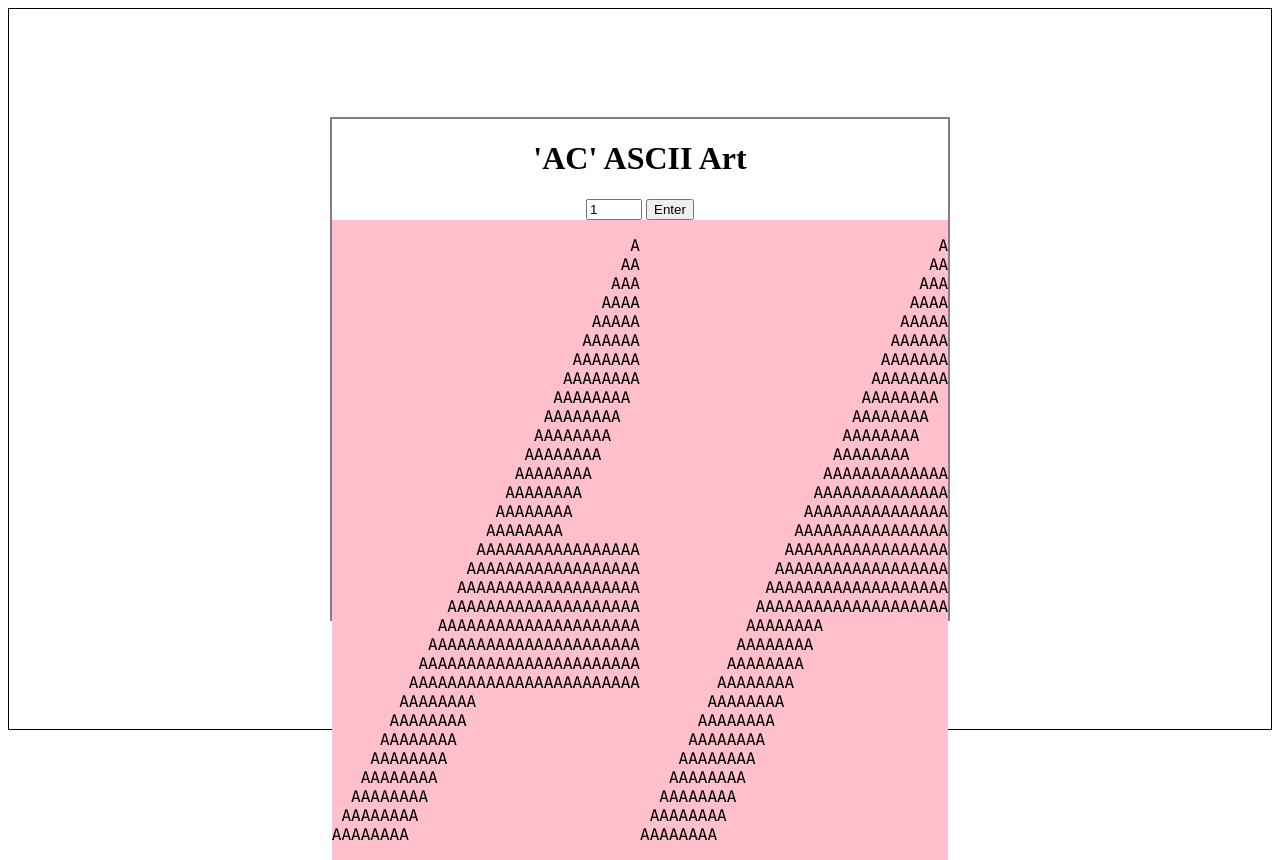
Repository: Achorn/ascii-art
Page: index.html
An editor plug-in stored every save of this project. The page is shown before and after the next save, followed by the edit.
The browser window is 1280 px wide. The pictures show the whole page.

Above is the page before, as saved 2021-08-09 18:27:01.

### index.html
<!DOCTYPE html>
<html lang="en">
  <head>
    <link rel="stylesheet" href="styles.css" />
    <meta charset="UTF-8" />
    <meta http-equiv="X-UA-Compatible" content="IE=edge" />
    <meta name="viewport" content="width=device-width, initial-scale=1.0" />
    <title>Document</title>
  </head>
  <body>
    <form>
      <h1>'AC' ASCII Art</h1>
      <input type="number" min="1" value="1" max="10" />
      <button>Enter</button>
      <div id="ascii-container">
        <div id="a-container">
          <p id="mono-a" style="font-family: 'Lucida Console', monospace"></p>
        </div>
        <div id="c-container">
          <p id="mono-c" style="font-family: 'Lucida Console', monospace"></p>
        </div>
      </div>
    </form>
    <script type="text/javascript" src="myscripts.js"></script>
  </body>
</html>

### styles.css
body {
  border: 1px solid black;
  display: flex;
  flex-direction: column;
  justify-content: center;
  align-items: center;
  height: 100vh;
}

form {
  border: 2px solid grey;
  height: 500px;
  /* width: 400px; */
  text-align: center;
}

#ascii-container {
  display: flex;
}

#a-container {
  background-color: pink;
}
#c-container {
  background-color: pink;
}
#mono-a {
  /* font-size: 25.5vw; */

  white-space: pre;
}
#mono-c {
  white-space: pre;
}

### myscripts.js
let oneA = ["A"];
let twoA = [
  [" ", "A", " "],
  ["A", " ", "A"],
];
let threeA = [
  [" ", " ", "A", " ", " "],
  ["", "A", "A", "A", ""],
  ["A", "", "", "", "A"],
];

let four = [
  [" ", " ", " ", "A"],
  [" ", " ", "A", " "],
  [" ", "A", "A", "A"],
  ["A", " ", " ", " "],
];

let eight = [
  [" ", " ", " ", " ", " ", " ", " ", "A"],
  [" ", " ", " ", " ", " ", " ", "A", "A"],
  [" ", " ", " ", " ", " ", "A", "A", " "],
  [" ", " ", " ", " ", "A", "A", "A", "A"],
  [" ", " ", " ", "A", "A", "A", "A", "A"],
  [" ", " ", "A", "A", " ", " ", " ", " "],
  [" ", "A", "A", " ", " ", " ", " ", " "],
  ["A", "A", " ", " ", " ", " ", " ", " "],
];

function scaleSpread(array, factor) {
  const scaled = [];

  for (const row of array) {
    let x = [];

    for (const item of row) x.push(...Array(factor).fill(item));

    scaled.push(...Array(factor).fill(x));
  }

  return scaled;
}

function arrToString(arr) {
  let string = "";
  for (let i = 0; i < arr.length; i++) {
    string += arr[i].join("") + "<br>";
  }
  return string;
}

function halfArrToString(arr) {
  let string = "";
  for (let i = 0; i < arr.length; i++) {
    string += arr[i].join("");
    let rev = arr[i].slice();
    string += rev.reverse().join("");
    string += "<br>";
  }
  return string;
}
function trimA(arr, lWidth) {
  for (i = 0; i < arr.length; i++) {
    let disp = lWidth - (i % lWidth) - 1;
    let newArr = arr[i].slice();
    for (let j = 0; j < disp; j++) {
      newArr.pop();
      newArr.unshift(" ");
    }
    arr[i] = newArr;
  }
}

let monoA = document.getElementById("mono-a");
let monoC = document.getElementById("mono-c");
let scale = 8;
let scaledFour = scaleSpread(four, scale);
trimA(scaledFour, scale);

let scaledEight = scaleSpread(eight, 4);
trimA(scaledEight, 4);
// mono.innerHTML = halfArrToString(scaleSpread(four, 7));
// monoA.style.fontSize = `${4 / scale / 2}em`;
// monoC.style.fontSize = `${4 / scale}em`;
monoA.innerHTML = arrToString(scaledFour);
monoC.innerHTML = arrToString(scaledEight);
// mono.innerHTML += arrToString(scaleSpread(eight, 1));

After the next save:
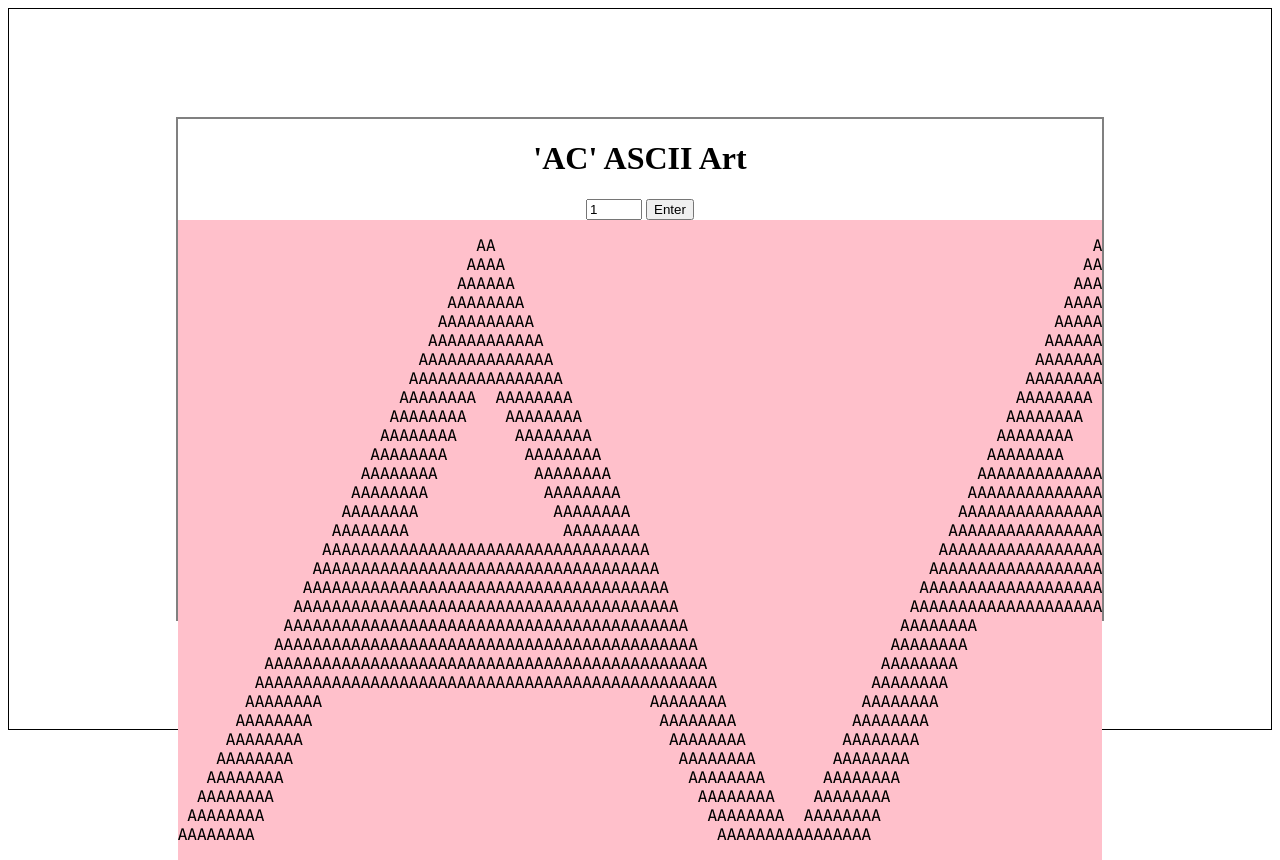
Saved 8 s later.
--- a/myscripts.js
+++ b/myscripts.js
@@ -82,6 +82,6 @@ trimA(scaledEight, 4);
 // mono.innerHTML = halfArrToString(scaleSpread(four, 7));
 // monoA.style.fontSize = `${4 / scale / 2}em`;
 // monoC.style.fontSize = `${4 / scale}em`;
-monoA.innerHTML = arrToString(scaledFour);
+monoA.innerHTML = halfArrToString(scaledFour);
 monoC.innerHTML = arrToString(scaledEight);
 // mono.innerHTML += arrToString(scaleSpread(eight, 1));
